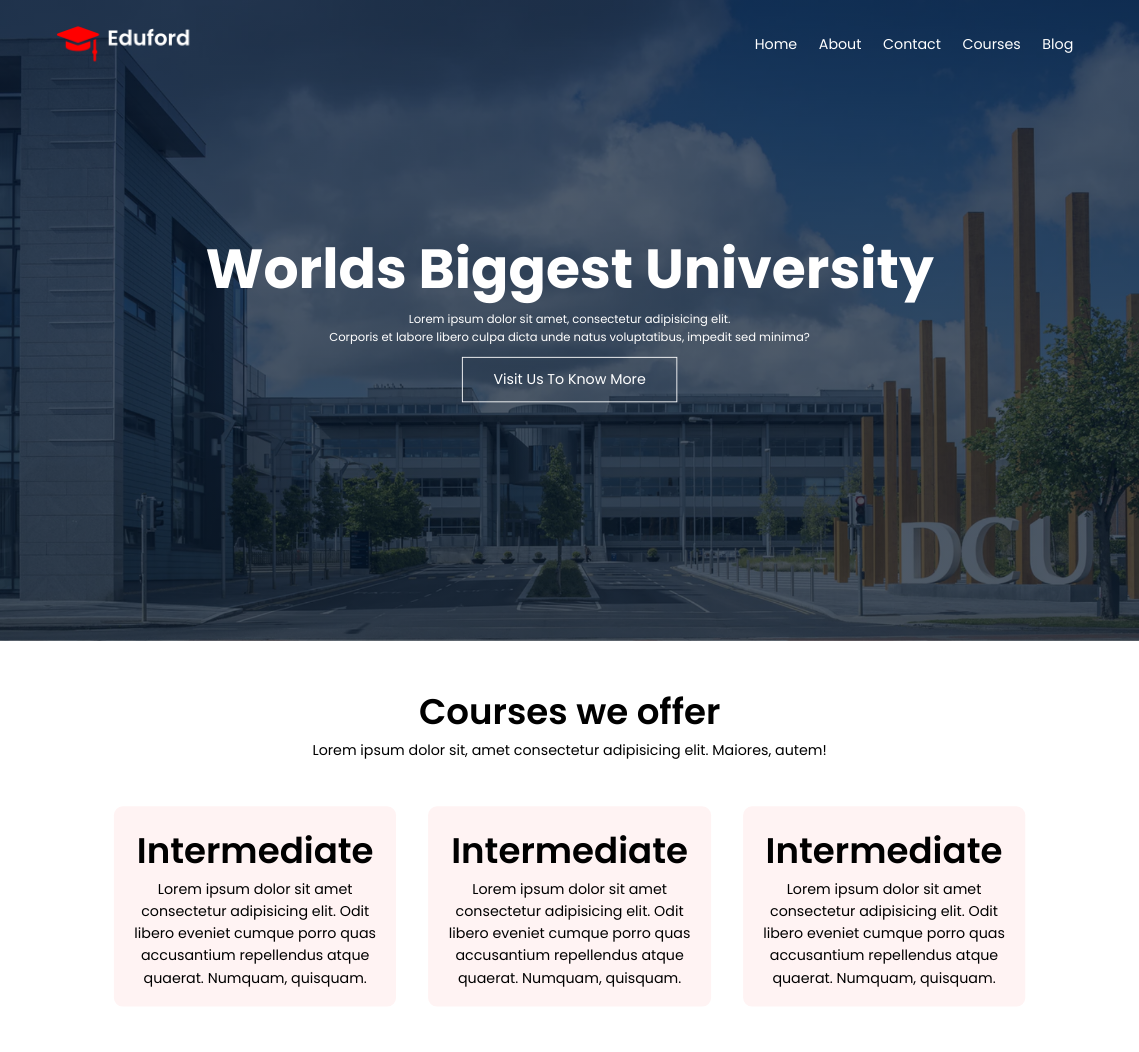
Repository: yashrajverma/Practise
Page: index.html
The author's editor kept a copy of each file at every save. The page is drawn from the files as they stood at one save, then again after a run of saves.
The browser window is 1280 px wide. The pictures show the whole page, at 89% of full size.

Above is the page before, as saved 2021-04-27 12:06:25.

### index.html
<!DOCTYPE html>
<html lang="en">
  <head>
    <meta charset="UTF-8" />
    <meta name="viewport" content="width=device-width, initial-scale=1.0" />
    <title>Website</title>
    <link rel="stylesheet" href="style.css" />
    <link rel="preconnect" href="https://fonts.gstatic.com">
<link href="https://fonts.googleapis.com/css2?family=Poppins:ital,wght@0,100;0,400;0,600;0,700;1,500&display=swap" rel="stylesheet">
<link rel="stylesheet" href="https://cdn.jsdelivr.net/npm/@fortawesome/fontawesome-free@5.15.3/css/fontawesome.min.css" integrity="sha384-wESLQ85D6gbsF459vf1CiZ2+rr+CsxRY0RpiF1tLlQpDnAgg6rwdsUF1+Ics2bni" crossorigin="anonymous">
<link rel="stylesheet" href="https://cdnjs.cloudflare.com/ajax/libs/font-awesome/5.15.3/css/all.min.css" integrity="sha512-iBBXm8fW90+nuLcSKlbmrPcLa0OT92xO1BIsZ+ywDWZCvqsWgccV3gFoRBv0z+8dLJgyAHIhR35VZc2oM/gI1w==" crossorigin="anonymous" />

</head>
  <body>
    <section class="header">
        <nav>
         <a href="index.html"><img src="eduford_img/logo.png" alt="logo" class="nav-img"/></a>
          <div class="nav-links" id="navLinks">
            <i class="fa fa-times-circle" aria-hidden="true" onclick="hideMenu()"></i>
             <ul>
            <li><a href="#">Home</a></li>
            <li><a href="#">About</a></li>
            <li><a href="#">Contact</a></li>
            <li><a href="#">Courses</a></li>
            <li><a href="#">Blog</a></li>
          </ul>
          </div>
          <i class="fa fa-bars" aria-hidden="true" onclick="showMenu()"></i>
        </nav>

        <div class="text-box">
          <h1>
            Worlds Biggest University
          </h1>
          <p>
            Lorem ipsum dolor sit amet, consectetur adipisicing elit. <br>
            Corporis et labore libero culpa dicta unde natus voluptatibus, impedit sed minima?
          </p>
          <a href="#">Visit Us To Know More</a>
        </div>
    </section>

    <!-- -------------------- courses --------------------- -->

    <section class="course">
      <h1>Courses we offer</h1>
      <p>Lorem ipsum dolor sit, amet consectetur adipisicing elit. Maiores, autem!</p>
      <div class="row">
        <div class="course-col">
          <h1>Intermediate</h1>
          <p>Lorem ipsum dolor sit amet consectetur adipisicing elit.
            Odit libero eveniet cumque porro quas accusantium repellendus atque quaerat. Numquam, quisquam.</p>
        </div>
        <div class="course-col">
          <h1>Intermediate</h1>
          <p>Lorem ipsum dolor sit amet consectetur adipisicing elit.
            Odit libero eveniet cumque porro quas accusantium repellendus atque quaerat. Numquam, quisquam.</p>
        </div>
        <div class="course-col">
          <h1>Intermediate</h1>
          <p>Lorem ipsum dolor sit amet consectetur adipisicing elit.
            Odit libero eveniet cumque porro quas accusantium repellendus atque quaerat. Numquam, quisquam.</p>
        </div>
      </div>
    </section>

    <script src="app.js"></script>
  </body>
</html>

### style.css
*{
    margin: 0;
    padding: 0;
    font-family: 'Poppins', sans-serif;
}

.header{
    width: 100%;
    min-height: 100vh;
    background:linear-gradient(rgba(2, 20, 46, 0.7),rgba(5, 20, 37, 0.7)) ,url('./eduford_img/banner.png');
    background-position: fixed;
    background-size: cover;
    background-repeat: no-repeat;
    position: relative;
}
nav{
    display: flex;
    align-items: center;
    justify-content: space-between;
    padding: 2% 5%;
}
.nav-img{
    width: 150px;
}
.nav-links{
    flex:1;
    text-align: right;
}
.nav-links ul li{
    list-style: none;
    padding: 0 10px ;
    display: inline-block;
    position: relative;
}
.nav-links ul li  a{
    text-decoration: none;
    color: white;

}
.nav-links ul li::after{
    width: 0;
    height: 2px;
    content: '';
    background-color: #f44336;
    display: block;
    margin: auto;
    transition: 0.4s;
}
.nav-links ul li:hover::after{
    width: 100%;
    box-shadow: 0px 0px 13px #f44336;
}
.text-box{
    width: 90%;
    text-align: center;
    position: absolute;
    top: 50%;
    left: 50%;
    transform: translate(-50%,-50%);
    color: white;
}
.text-box h1{
    font-size: 62px;
}
.text-box p{
    font-size: 13px;
}
.text-box a{
    display: inline-block;
    padding: 12px 34px ;
    color: white;
    text-decoration: none;
    position: relative;
    margin: 12px;
    border: 1px solid white;
    background: transparent;
    transition: 0.4s;
}
.text-box a:hover{
    background: #f44336;
    border:1px solid #f44336;
    box-shadow: 0px 0px 13px #f44336;
}

nav .fa{
    display: none;
}
@media(max-width:700px){
    .text-box h1{
        font-size: 20px;
    }
    .nav-links ul li{
        display: block;
        margin: 10px;
    }
    .nav-links{
        position: absolute;
        top: 0;
        right: -200px;
        background: #f44336;
        width: 200px;
        height: 100vh;
        text-align: left;
        z-index: 2;
    }
    nav .fa{
        display: block;
        color:white;
        font-size: 24px;
        cursor: pointer;
    }
}

/* ------------------------------------- course ----------------------------- */

.course{
    text-align: center;
    margin: auto;
    margin-top: 50px;
    width: 80%;
}
.course h1{
    font-size: 40px;
    font-weight: 600;
}

.row{
    margin-top: 5%;
    display: flex;
    justify-content: space-between;
}
.course-col{
    flex-basis: 31%;
    background: #fff3f3;
    border-radius: 10px;
    padding: 20px 12px;
    margin-bottom: 5%;
    box-sizing: border-box;
}

### app.js
var navLinks=document.getElementById('navLinks')
function hideMenu(){
    navLinks.style.right='-200px';
}
function showMenu(){
    navLinks.style.right="0"
}

After the next 2 saves:
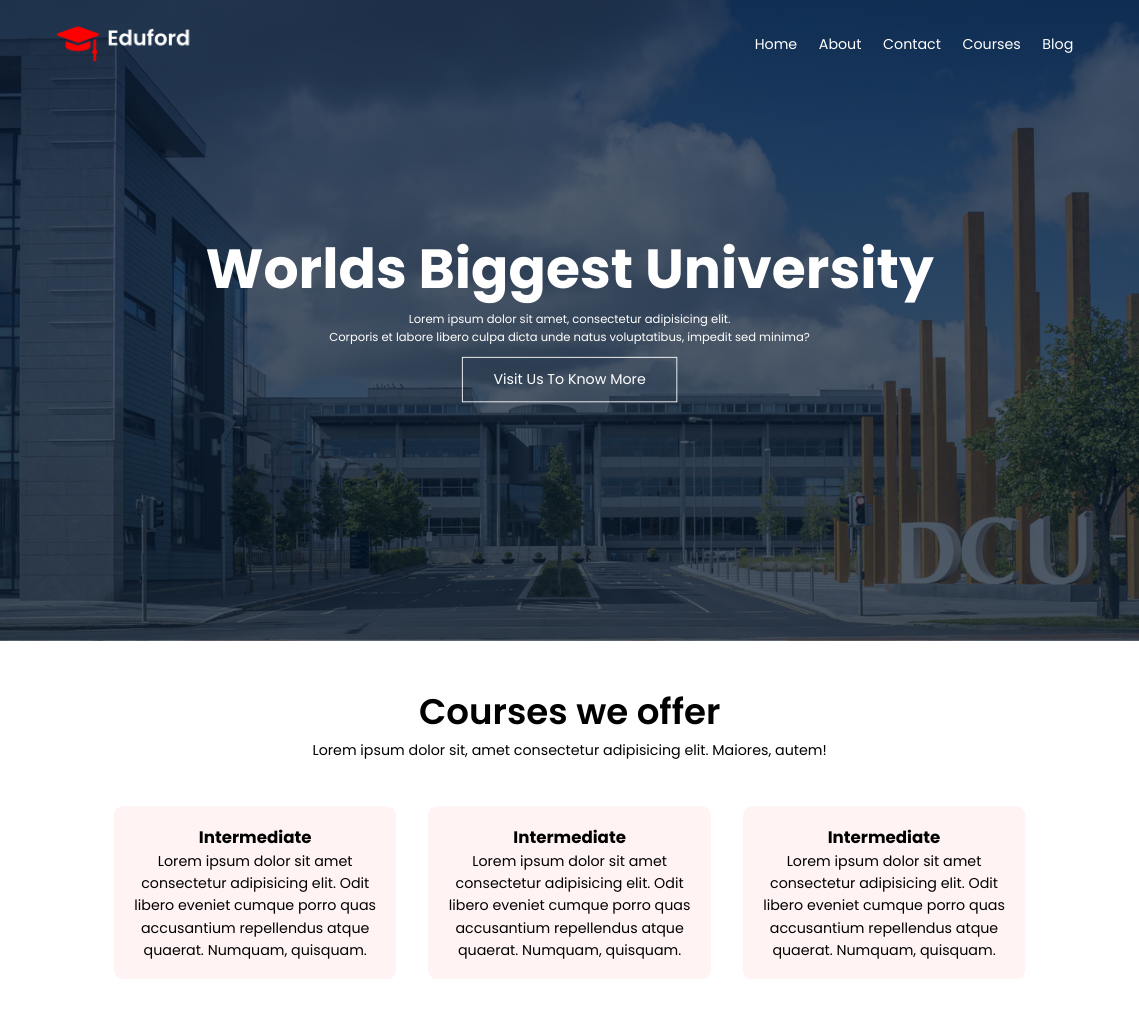
The 2 saves are shown as one change because they came seconds apart.
The last was saved 31 s later.
--- a/index.html
+++ b/index.html
@@ -47,17 +47,17 @@
       <p>Lorem ipsum dolor sit, amet consectetur adipisicing elit. Maiores, autem!</p>
       <div class="row">
         <div class="course-col">
-          <h1>Intermediate</h1>
+          <h3>Intermediate</h3>
           <p>Lorem ipsum dolor sit amet consectetur adipisicing elit.
             Odit libero eveniet cumque porro quas accusantium repellendus atque quaerat. Numquam, quisquam.</p>
         </div>
         <div class="course-col">
-          <h1>Intermediate</h1>
+          <h3>Intermediate</h3>
           <p>Lorem ipsum dolor sit amet consectetur adipisicing elit.
             Odit libero eveniet cumque porro quas accusantium repellendus atque quaerat. Numquam, quisquam.</p>
         </div>
         <div class="course-col">
-          <h1>Intermediate</h1>
+          <h3>Intermediate</h3>
           <p>Lorem ipsum dolor sit amet consectetur adipisicing elit.
             Odit libero eveniet cumque porro quas accusantium repellendus atque quaerat. Numquam, quisquam.</p>
         </div>
